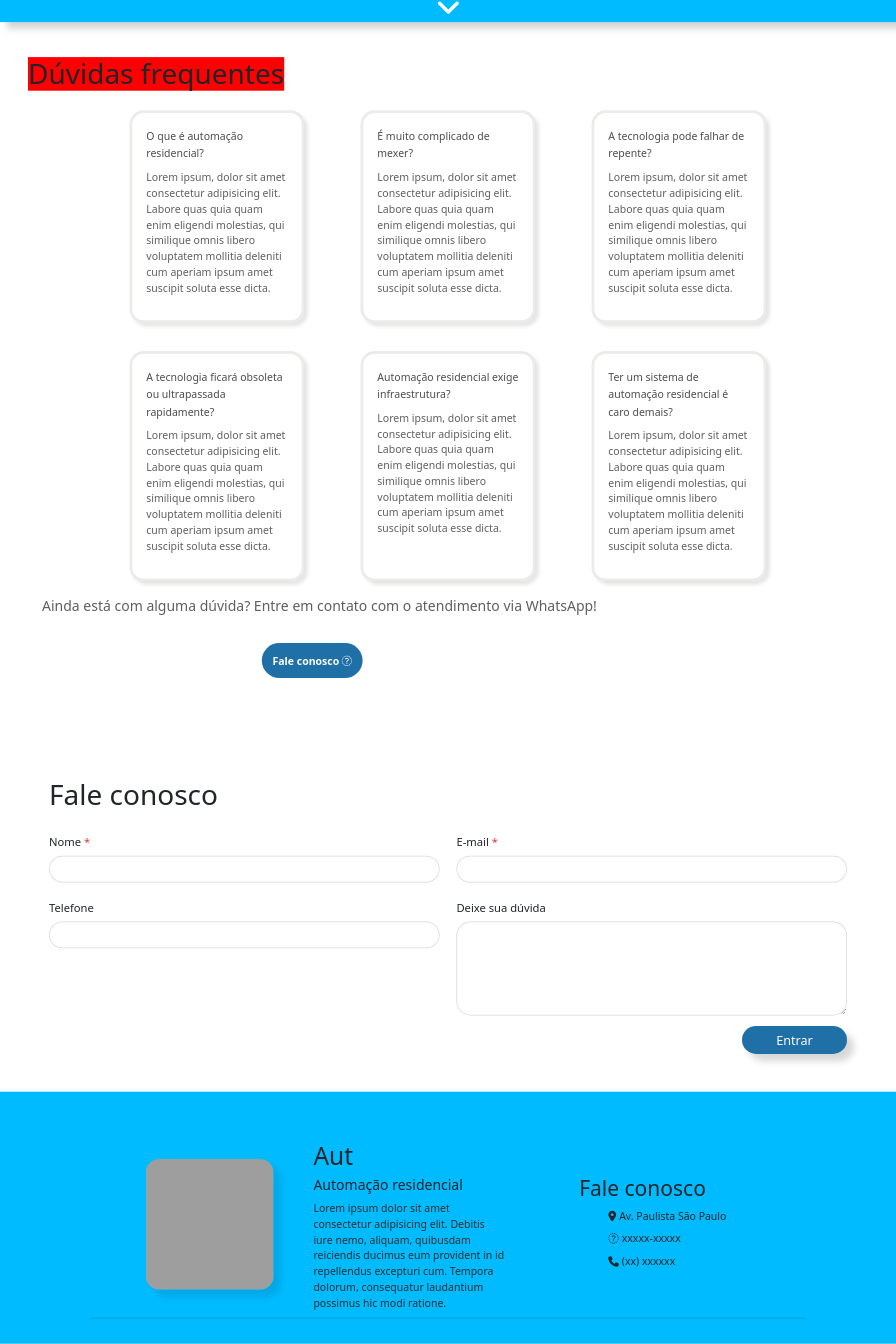
Repository: BulleST/SouHi_Institucional
Page: home.html
An editor plug-in stored every save of this project. The page is shown before and after the next save, followed by the edit.
The browser window is 1280 px wide. The pictures show the part of the page from y = 1651 to 3571 px (the page is 3571 px tall), at 70% of full size.
Pictures or frames that could not be fetched are drawn as grey boxes.

Above is the page before, as saved 2022-10-27 17:53:46.

After the next save:
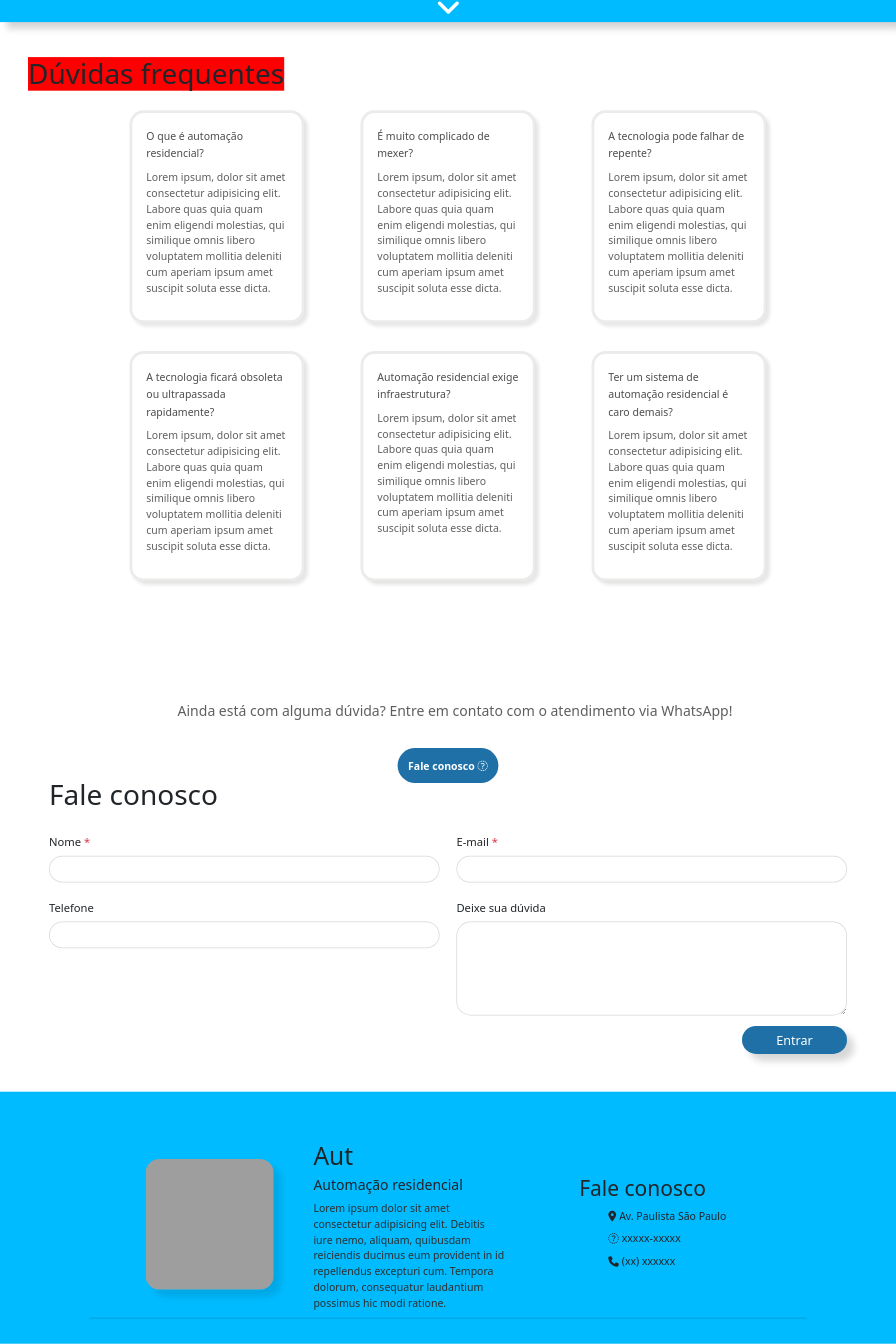
Saved 32 s later.
--- a/home.html
+++ b/home.html
@@ -246,7 +246,7 @@
     <div class="wrapper">
       <div class="duvidas" >
         <h1>Dúvidas frequentes</h1>
-        <div class="duvida-card">
+
 
           <div class="grupo1">
             <div class="duvida s1 " data-aos="fade-up">

After the save that followed:
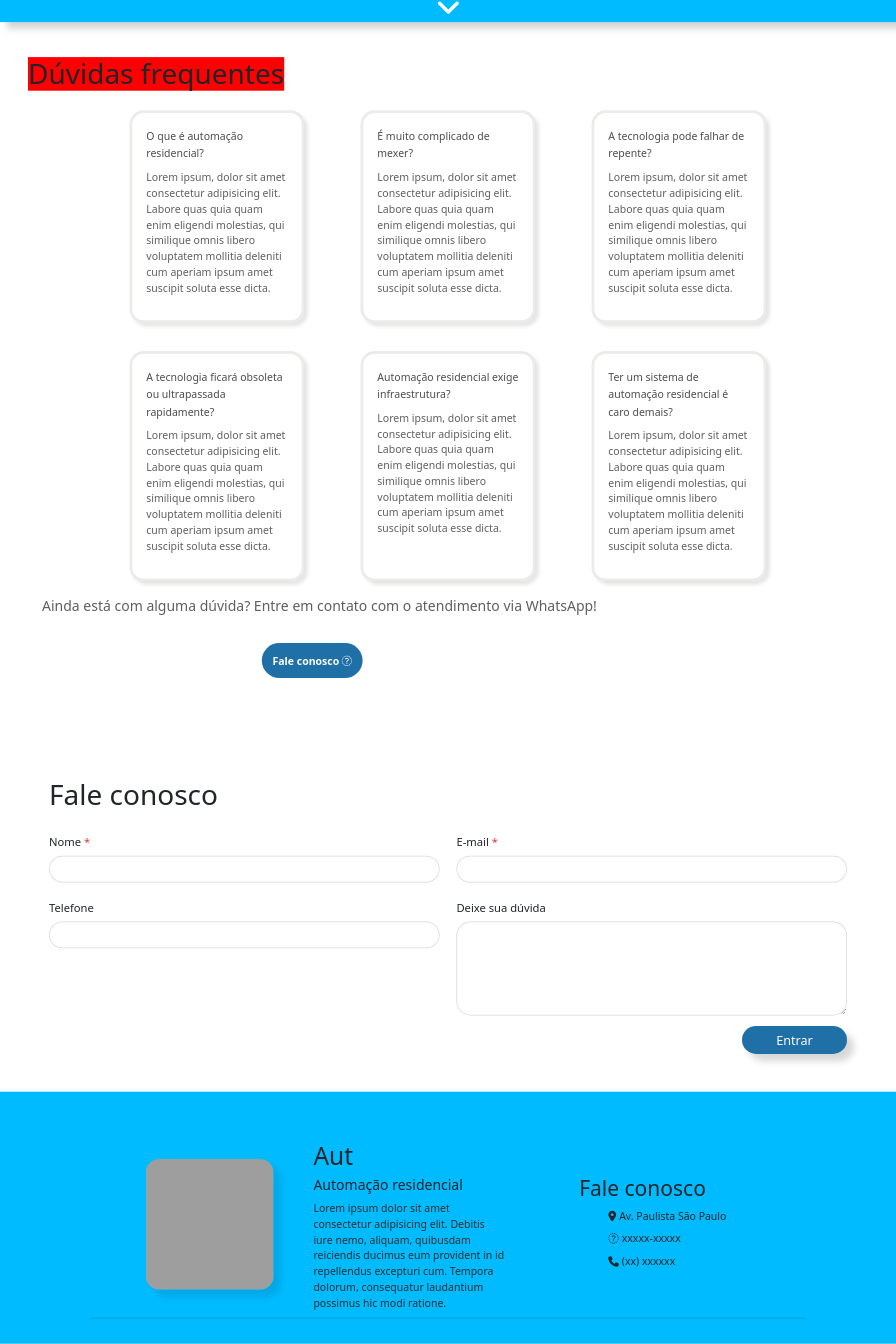
Saved 4 s later.
--- a/home.html
+++ b/home.html
@@ -246,7 +246,7 @@
     <div class="wrapper">
       <div class="duvidas" >
         <h1>Dúvidas frequentes</h1>
-
+        <div class="duvida-card">
 
           <div class="grupo1">
             <div class="duvida s1 " data-aos="fade-up">
